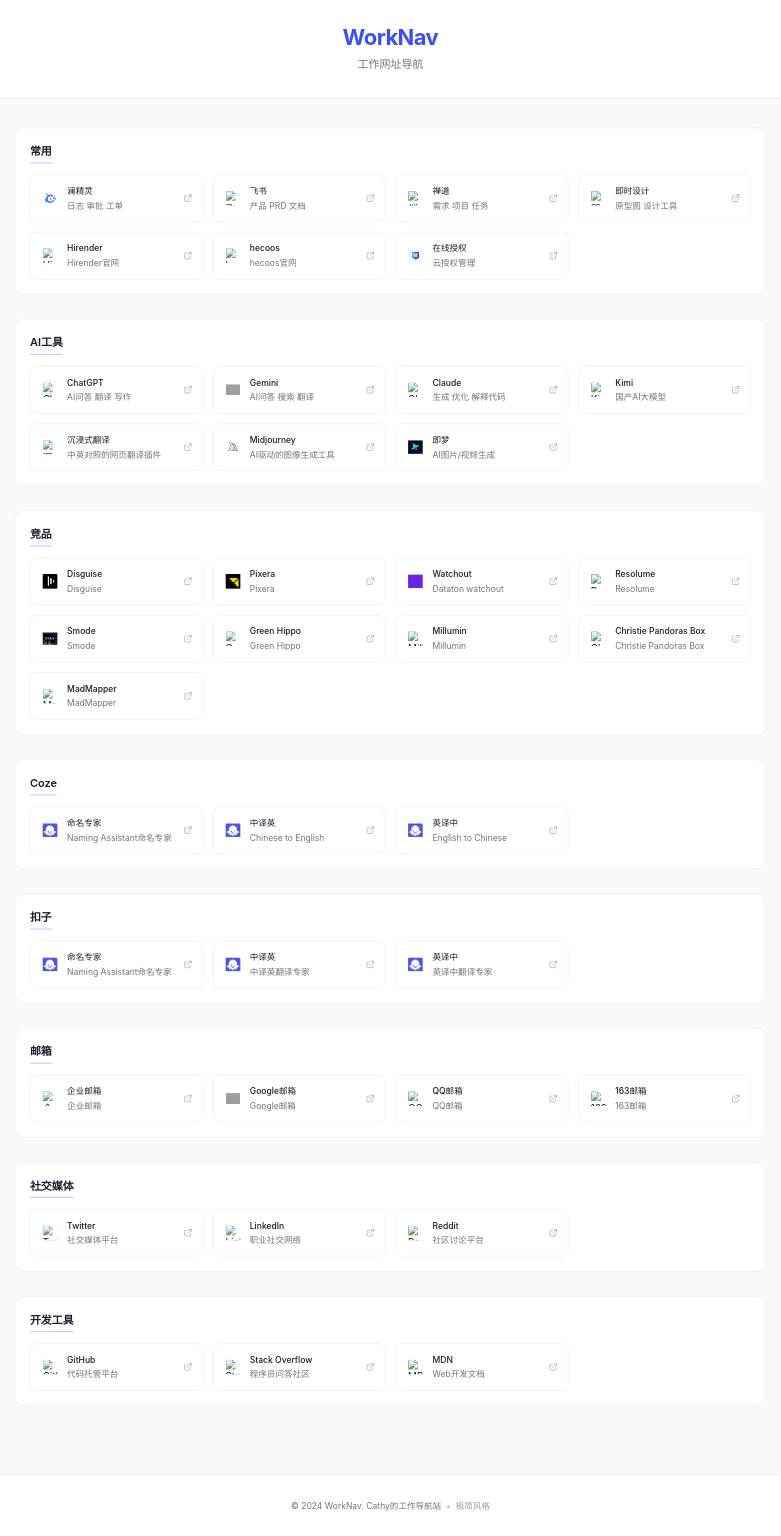
Repository: SweetPomelo0/WorkNav
Page: /
An editor plug-in stored every save of this project. The page is shown before and after the next save, followed by the edit.
The browser window is 1280 px wide. The pictures show the whole page, at 61% of full size.
Pictures or frames that could not be fetched are drawn as grey boxes. The project was rebuilt for these pictures with package versions that can differ from the ones it lists, and the page was loaded fresh each time. The framework's server and built-in components were replaced by stand-ins that run in the browser. Also part of the build but not shown: next.config.ts.

Above is the page before, as saved 2025-07-26 20:58:44.

### src/app/layout.tsx
import type { Metadata } from "next";
import { Geist, Geist_Mono } from "next/font/google";
import "./globals.css";

const geistSans = Geist({
  variable: "--font-geist-sans",
  subsets: ["latin"],
});

const geistMono = Geist_Mono({
  variable: "--font-geist-mono",
  subsets: ["latin"],
});

export const metadata: Metadata = {
  title: "WorkNav - 工作网址导航",
  description: "一个简洁的工作网址导航页面",
};

export default function RootLayout({
  children,
}: Readonly<{
  children: React.ReactNode;
}>) {
  return (
    <html lang="en">
      <body
        className={`${geistSans.variable} ${geistMono.variable} antialiased`}
      >
        {children}
      </body>
    </html>
  );
}

### src/app/page.tsx
export default function Home() {
  // 定义导航分类和链接
  const categories = [
    {
      title: "常用",
      links: [
        { name: "澜精灵", url: "https://www.lanerp.com/Admin/index/index.html", desc: "日志 审批 工单", icon: "/img/lanjingling.png" },
        { name: "飞书", url: "https://enlightv.feishu.cn/wiki/D6Z1wOai9iVI4bkVlumcJprDn2e?fromScene=spaceOverview", desc: "产品 PRD 文档", icon: "https://feishu.cn/favicon.ico" },
        { name: "禅道", url: "https://enlightv.zentaopm.com/my/", desc: "需求 项目 任务", icon: "https://enlightv.zentaopm.com/favicon.ico" },
        { name: "即时设计", url: "https://js.design/recent", desc: "原型图 设计工具", icon: "https://img.js.design/assets/webImg/favicon.ico" },
        { name: "Hirender", url: "https://www.hirender.com/#/home", desc: "Hirender官网", icon: "https://www.hirender.com/favicon.ico" },
        { name: "hecoos", url: "https://www.hecoos.com/web/#/home", desc: "hecoos官网", icon: "https://www.hecoos.com/favicon.ico" },
        { name: "在线授权", url: "https://license.enlightv.com/web/", desc: "云授权管理", icon: "data:[embedded picture, 6295 characters]" },
      ]
    },
    {
      title: "AI工具",
      links: [
        { name: "ChatGPT", url: "https://chatgpt.com/", desc: "AI问答 翻译 写作", icon: "https://cdn.oaistatic.com/assets/favicon-180x180-od45eci6.webp" },
        { name: "Gemini", url: "https://gemini.google.com/app", desc: "AI问答 搜索 翻译", icon: "https://www.gstatic.com/lamda/images/gemini_sparkle_4g_512_lt_f94943af3be039176192d.png" },
        { name: "Claude", url: "https://claude.ai/", desc: "生成 优化 解释代码", icon: "https://claude.ai/favicon.ico" },
        { name: "Kimi", url: "https://www.kimi.com/", desc: "国产AI大模型", icon: "https://www.kimi.com/favicon.ico" },
        { name: "沉浸式翻译", url: "https://immersivetranslate.com/zh-Hans/?utm_source=ai-bot.cn", desc: "中英对照的网页翻译插件", icon: "https://immersivetranslate.com/favicon.ico" },
        { name: "Midjourney", url: "https://www.midjourney.com/explore?tab=video_top", desc: "AI驱动的图像生成工具", icon: "/img/mj.png" },
        { name: "即梦", url: "https://jimeng.jianying.com/ai-tool/home", desc: "AI图片/视频生成", icon: "/img/jimeng.png" }

      ]
    },
    {
      title: "竞品",
      links: [
        { name: "Disguise", url: "https://www.disguise.one/en", desc: "Disguise", icon: "/img/disguise.png" },
        { name: "Pixera", url: "https://pixera.one/zh/software/overview/", desc: "Pixera", icon: "/img/pixera.png" },
        { name: "Watchout", url: "https://www.dataton.com/", desc: "Dataton watchout", icon: "/img/watchout.png" },
        { name: "Resolume", url: "https://resolume.com/", desc: "Resolume", icon: "https://resolume.com/images/favicons/apple-touch-icon.png" },
        { name: "Smode", url: "https://www.smode.io/en/", desc: "Smode", icon: "/img/smode.png" },
        { name: "Green Hippo", url: "https://www.green-hippo.com/", desc: "Green Hippo", icon: "https://www.green-hippo.com/wp-content/themes/greenhippo/assets/icons/favicon.ico" },
        { name: "Millumin", url: "https://millumin.com/v5/index.php", desc: "Millumin", icon: "https://www.millumin.com/favicon/apple-icon-180x180.png" },
        { name: "Christie Pandoras Box", url: "https://www.christiedigital.com/products/christie-pandoras-box/", desc: "Christie Pandoras Box", icon: "https://www.christiedigital.com/apple-touch-icon.png" },
        { name: "MadMapper", url: "https://madmapper.com/madmapper/software", desc: "MadMapper", icon: "https://madmapper.com/images/favicon/apple-touch-icon.png" }

      ]
    },
    {
      title: "Coze",
      links: [
        { name: "命名专家", url: "https://www.coze.com/store/agent/7530562770308956161?bot_id=true", desc: "Naming Assistant命名专家", icon: "/img/coze.png" },
        { name: "中译英", url: "https://www.coze.com/store/agent/7530572378075152440?bot_id=true", desc: "Chinese to English", icon: "/img/coze.png" },
        { name: "英译中", url: "https://www.coze.com/store/agent/7530572202144694273?bot_id=true", desc: "English to Chinese", icon: "/img/coze.png" }
      ]
    },
    {
      title: "扣子",
      links: [
        { name: "命名专家", url: "https://www.coze.cn/store/agent/7530571775823577130?bot_id=true", desc: "Naming Assistant命名专家", icon: "/img/coze.png" },
        { name: "中译英", url: "https://www.coze.cn/store/agent/7530581452909035572?bot_id=true", desc: "中译英翻译专家", icon: "/img/coze.png" },
        { name: "英译中", url: "https://www.coze.cn/store/agent/7530581958234193970?bot_id=true", desc: "英译中翻译专家", icon: "/img/coze.png" }
      ]
    },
    {
      title: "邮箱",
      links: [
        { name: "企业邮箱", url: "https://exmail.qq.com/cgi-bin/frame_html?sid=qPUC22bEtIEF7kUt,2&sign_type=&r=586a2a390ca023395a120877ca5870f0", desc: "企业邮箱", icon: "https://exmail.qq.com/favicon.ico" },
        { name: "Google邮箱", url: "https://mail.google.com/mail/u/0/#inbox", desc: "Google邮箱", icon: "https://ssl.gstatic.com/ui/v1/icons/mail/rfr/gmail.ico" },
        { name: "QQ邮箱", url: "https://mail.qq.com/", desc: "QQ邮箱", icon: "https://mail.qq.com/favicon.ico" },
        { name: "163邮箱", url: "https://mail.163.com/", desc: "163邮箱", icon: "https://mail.163.com/favicon.ico" }
      ]
    },
    {
      title: "社交媒体",
      links: [
        { name: "Twitter", url: "https://twitter.com", desc: "社交媒体平台", icon: "https://twitter.com/favicon.ico" },
        { name: "LinkedIn", url: "https://www.linkedin.com", desc: "职业社交网络", icon: "https://www.linkedin.com/favicon.ico" },
        { name: "Reddit", url: "https://www.reddit.com", desc: "社区讨论平台", icon: "https://www.reddit.com/favicon.ico" }
      ]
    },
    {
      title: "开发工具",
      links: [
        { name: "GitHub", url: "https://github.com", desc: "代码托管平台", icon: "https://github.com/favicon.ico" },
        { name: "Stack Overflow", url: "https://stackoverflow.com", desc: "程序员问答社区", icon: "https://stackoverflow.com/favicon.ico" },
        { name: "MDN", url: "https://developer.mozilla.org", desc: "Web开发文档", icon: "https://developer.mozilla.org/favicon.ico" },
      ]
    }

  ];

  return (
    <div className="min-h-screen" style={{ background: 'var(--background)', color: 'var(--text-primary)' }}>
      {/* Header */}
      <header style={{ background: 'var(--header-bg)', borderBottom: '1px solid var(--card-border)' }}>
        <div className="max-w-7xl mx-auto px-6 py-10">
          <div className="text-center">
            <h1 className="text-4xl font-bold mb-3 tracking-tight bg-clip-text text-transparent bg-gradient-to-r from-blue-600 to-indigo-600 dark:from-blue-400 dark:to-indigo-400">WorkNav</h1>
            <p className="text-lg" style={{ color: 'var(--text-secondary)' }}>工作网址导航</p>
          </div>
        </div>
      </header>

      {/* Main Content */}
       <main className="max-w-7xl mx-auto px-6 py-12">
         <div className="space-y-10">
           {categories.map((category, index) => (
             <div
               key={index}
               style={{
                 background: 'var(--card-bg)',
                 borderColor: 'var(--card-border)'
               }}
               className="rounded-2xl border p-6 transition-all duration-300 hover:shadow-lg"
             >
               <h2
                 className="text-lg font-semibold mb-6 relative inline-block"
                 style={{ color: 'var(--text-primary)' }}
               >
                 <span className="relative z-10">{category.title}</span>
                 <span
                  className="absolute bottom-0 left-0 w-full h-0.5 rounded-full opacity-30"
                  style={{ background: 'var(--accent)', transform: 'translateY(6px)' }}
                ></span>
               </h2>
               <div className="grid grid-cols-1 sm:grid-cols-2 lg:grid-cols-3 xl:grid-cols-4 gap-4">
                 {category.links.map((link, linkIndex) => (
                   <a
                     key={linkIndex}
                     href={link.url}
                     target="_blank"
                     rel="noopener noreferrer"
                     style={{
                       borderColor: 'var(--card-border)',
                       background: 'var(--card-bg)'
                     }}
                     className="block p-4 rounded-xl border hover:shadow-md transition-all duration-200 group relative"
                   >

                     <div className="flex items-center justify-between">
                       <div className="flex items-center flex-1">
                         <div className="w-8 h-8 mr-3 flex-shrink-0 flex items-center justify-center">
                           {link.icon ? (
                             <img
                               src={link.icon}
                               alt={`${link.name} icon`}
                               className="w-6 h-6 object-contain"
                             />
                           ) : (
                             <div
                               style={{ background: 'var(--card-hover)' }}
                               className="w-6 h-6 rounded-md flex items-center justify-center"
                             >
                               <span style={{ color: 'var(--text-secondary)' }} className="text-xs font-medium">
                                 {link.name.charAt(0).toUpperCase()}
                               </span>
                             </div>
                           )}
                         </div>
                         <div className="flex-1">
                           <h3
                             style={{ color: 'var(--text-primary)' }}
                             className="text-sm font-medium group-hover:text-blue-600 dark:group-hover:text-blue-400 transition-colors"
                           >
                             {link.name}
                           </h3>
                           <p
                             style={{ color: 'var(--text-secondary)' }}
                             className="text-sm mt-1"
                           >
                             {link.desc}
                           </p>
                         </div>
                       </div>
                       <svg
                         className="w-4 h-4 transition-colors ml-3 flex-shrink-0 group-hover:translate-x-1"
                         style={{ color: 'var(--text-tertiary)' }}
                         fill="none"
                         stroke="currentColor"
                         viewBox="0 0 24 24"
                       >
                         <path
                           strokeLinecap="round"
                           strokeLinejoin="round"
                           strokeWidth={2}
                           d="M10 6H6a2 2 0 00-2 2v10a2 2 0 002 2h10a2 2 0 002-2v-4M14 4h6m0 0v6m0-6L10 14"
                         />
                       </svg>
                     </div>
                   </a>
                 ))}
               </div>
             </div>
           ))}
         </div>
       </main>

      {/* Footer */}
      <footer style={{ borderTop: '1px solid var(--card-border)', background: 'var(--footer-bg)' }} className="mt-16">
        <div className="max-w-7xl mx-auto px-6 py-10">
          <div className="text-center">
            <p style={{ color: 'var(--text-secondary)' }} className="text-sm">
              © 2024 WorkNav. Cathy的工作导航站
              <span className="inline-block mx-2 opacity-50">•</span>
              <span className="opacity-70">极简风格</span>
            </p>
          </div>
        </div>
      </footer>
    </div>
  );
}

### src/app/globals.css
@import "tailwindcss";

:root {
  --background: #f8f9fa;
  --foreground: #1a1a2e;
  --card-bg: #ffffff;
  --card-border: #e9ecef;
  --card-hover: #f1f3f5;
  --accent: #4361ee;
  --accent-hover: #3a56d4;
  --text-primary: #1a1a2e;
  --text-secondary: #6c757d;
  --text-tertiary: #adb5bd;
  --header-bg: #ffffff;
  --footer-bg: #ffffff;
}

@theme inline {
  --color-background: var(--background);
  --color-foreground: var(--foreground);
  --font-sans: var(--font-geist-sans);
  --font-mono: var(--font-geist-mono);
}

@media (prefers-color-scheme: dark) {
  :root {
    --background: #121212;
    --foreground: #f8f9fa;
    --card-bg: #1e1e1e;
    --card-border: #2d2d2d;
    --card-hover: #2a2a2a;
    --accent: #4361ee;
    --accent-hover: #5a72f0;
    --text-primary: #f8f9fa;
    --text-secondary: #adb5bd;
    --text-tertiary: #6c757d;
    --header-bg: #1a1a1a;
    --footer-bg: #1a1a1a;
  }
}

body {
  background: var(--background);
  color: var(--foreground);
  font-family: 'Inter', -apple-system, BlinkMacSystemFont, 'Segoe UI', Roboto, Oxygen, Ubuntu, Cantarell, 'Open Sans', 'Helvetica Neue', sans-serif;
}

/* 平滑滚动和过渡效果 */
html {
  scroll-behavior: smooth;
}

* {
  transition: background-color 0.2s ease, border-color 0.2s ease, transform 0.2s ease;
}

/* 自定义滚动条 */
::-webkit-scrollbar {
  width: 8px;
  height: 8px;
}

::-webkit-scrollbar-track {
  background: transparent;
}

::-webkit-scrollbar-thumb {
  background: var(--text-tertiary);
  border-radius: 4px;
}

::-webkit-scrollbar-thumb:hover {
  background: var(--text-secondary);
}

After the next save:
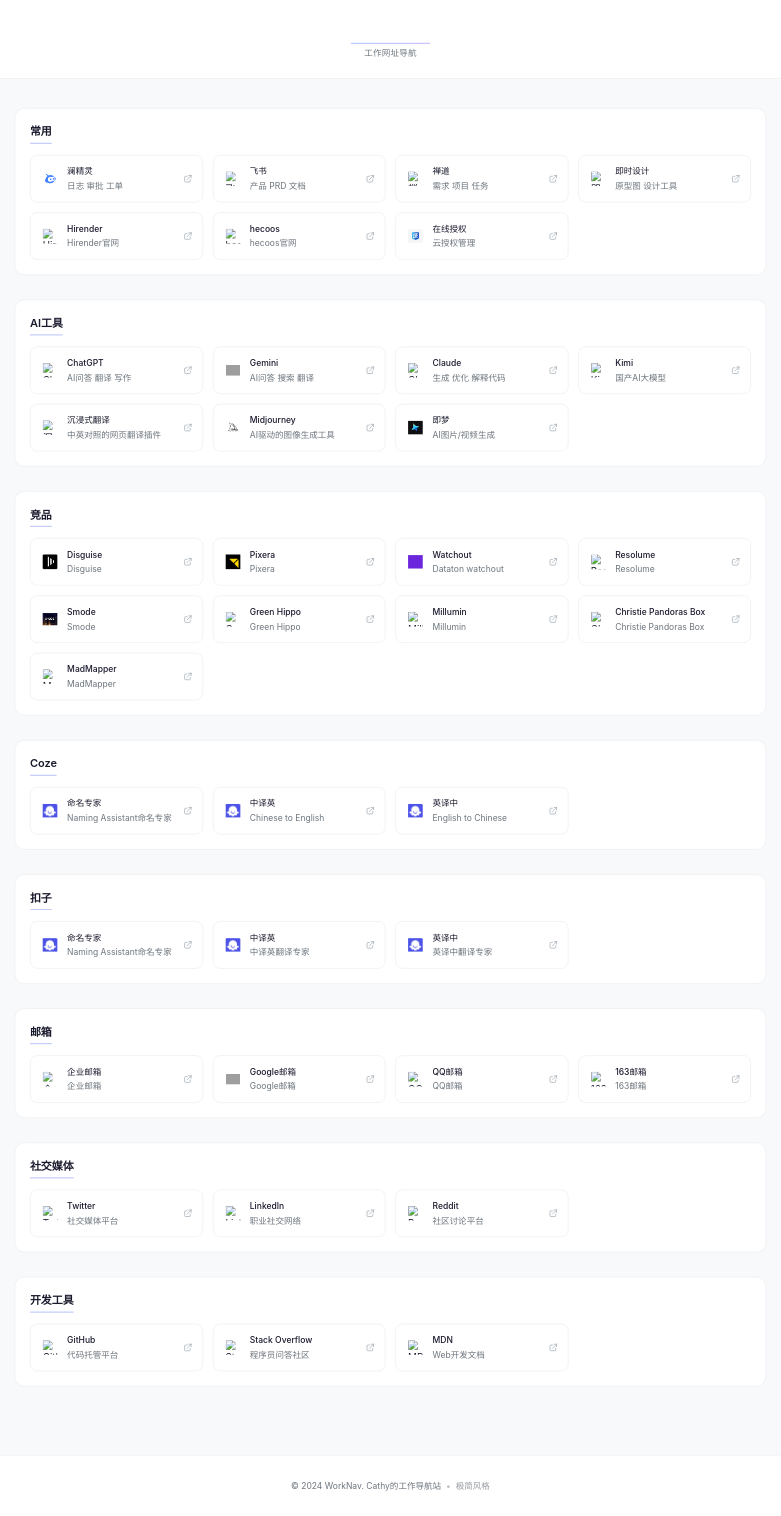
Saved 57 s later.
--- a/src/app/page.tsx
+++ b/src/app/page.tsx
@@ -89,10 +89,14 @@
     <div className="min-h-screen" style={{ background: 'var(--background)', color: 'var(--text-primary)' }}>
       {/* Header */}
       <header style={{ background: 'var(--header-bg)', borderBottom: '1px solid var(--card-border)' }}>
-        <div className="max-w-7xl mx-auto px-6 py-10">
-          <div className="text-center">
-            <h1 className="text-4xl font-bold mb-3 tracking-tight bg-clip-text text-transparent bg-gradient-to-r from-blue-600 to-indigo-600 dark:from-blue-400 dark:to-indigo-400">WorkNav</h1>
-            <p className="text-lg" style={{ color: 'var(--text-secondary)' }}>工作网址导航</p>
+        <div className="max-w-7xl mx-auto px-6 py-8">
+          <div className="text-center relative">
+            <div className="absolute top-1/2 left-1/2 transform -translate-x-1/2 -translate-y-1/2 w-24 h-24 rounded-full bg-gradient-to-r from-blue-100 to-indigo-100 dark:from-blue-900/20 dark:to-indigo-900/20 blur-xl opacity-70 -z-10"></div>
+            <h1 className="text-3xl font-bold mb-2 tracking-tight bg-clip-text text-transparent bg-gradient-to-r from-blue-600 to-indigo-600 dark:from-blue-400 dark:to-indigo-400 inline-block relative">
+              <span className="relative z-10">WorkNav</span>
+              <span className="absolute -bottom-1 left-0 w-full h-0.5 bg-gradient-to-r from-blue-600/30 to-indigo-600/30 dark:from-blue-400/30 dark:to-indigo-400/30 rounded-full"></span>
+            </h1>
+            <p className="text-sm font-medium tracking-wide" style={{ color: 'var(--text-secondary)' }}>工作网址导航</p>
           </div>
         </div>
       </header>

After the save that followed:
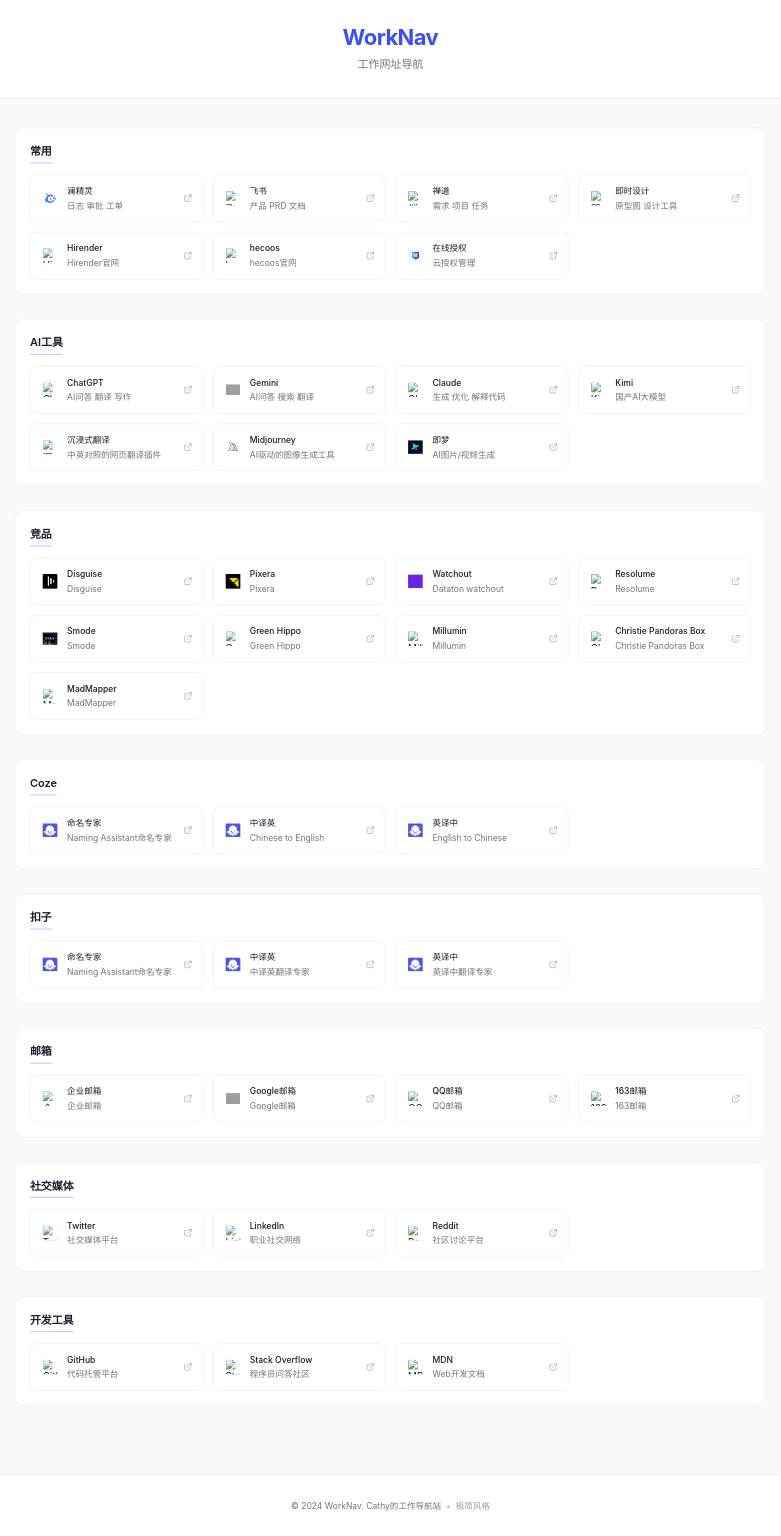
Saved 15 s later.
--- a/src/app/page.tsx
+++ b/src/app/page.tsx
@@ -89,14 +89,10 @@
     <div className="min-h-screen" style={{ background: 'var(--background)', color: 'var(--text-primary)' }}>
       {/* Header */}
       <header style={{ background: 'var(--header-bg)', borderBottom: '1px solid var(--card-border)' }}>
-        <div className="max-w-7xl mx-auto px-6 py-8">
-          <div className="text-center relative">
-            <div className="absolute top-1/2 left-1/2 transform -translate-x-1/2 -translate-y-1/2 w-24 h-24 rounded-full bg-gradient-to-r from-blue-100 to-indigo-100 dark:from-blue-900/20 dark:to-indigo-900/20 blur-xl opacity-70 -z-10"></div>
-            <h1 className="text-3xl font-bold mb-2 tracking-tight bg-clip-text text-transparent bg-gradient-to-r from-blue-600 to-indigo-600 dark:from-blue-400 dark:to-indigo-400 inline-block relative">
-              <span className="relative z-10">WorkNav</span>
-              <span className="absolute -bottom-1 left-0 w-full h-0.5 bg-gradient-to-r from-blue-600/30 to-indigo-600/30 dark:from-blue-400/30 dark:to-indigo-400/30 rounded-full"></span>
-            </h1>
-            <p className="text-sm font-medium tracking-wide" style={{ color: 'var(--text-secondary)' }}>工作网址导航</p>
+        <div className="max-w-7xl mx-auto px-6 py-10">
+          <div className="text-center">
+            <h1 className="text-4xl font-bold mb-3 tracking-tight bg-clip-text text-transparent bg-gradient-to-r from-blue-600 to-indigo-600 dark:from-blue-400 dark:to-indigo-400">WorkNav</h1>
+            <p className="text-lg" style={{ color: 'var(--text-secondary)' }}>工作网址导航</p>
           </div>
         </div>
       </header>
